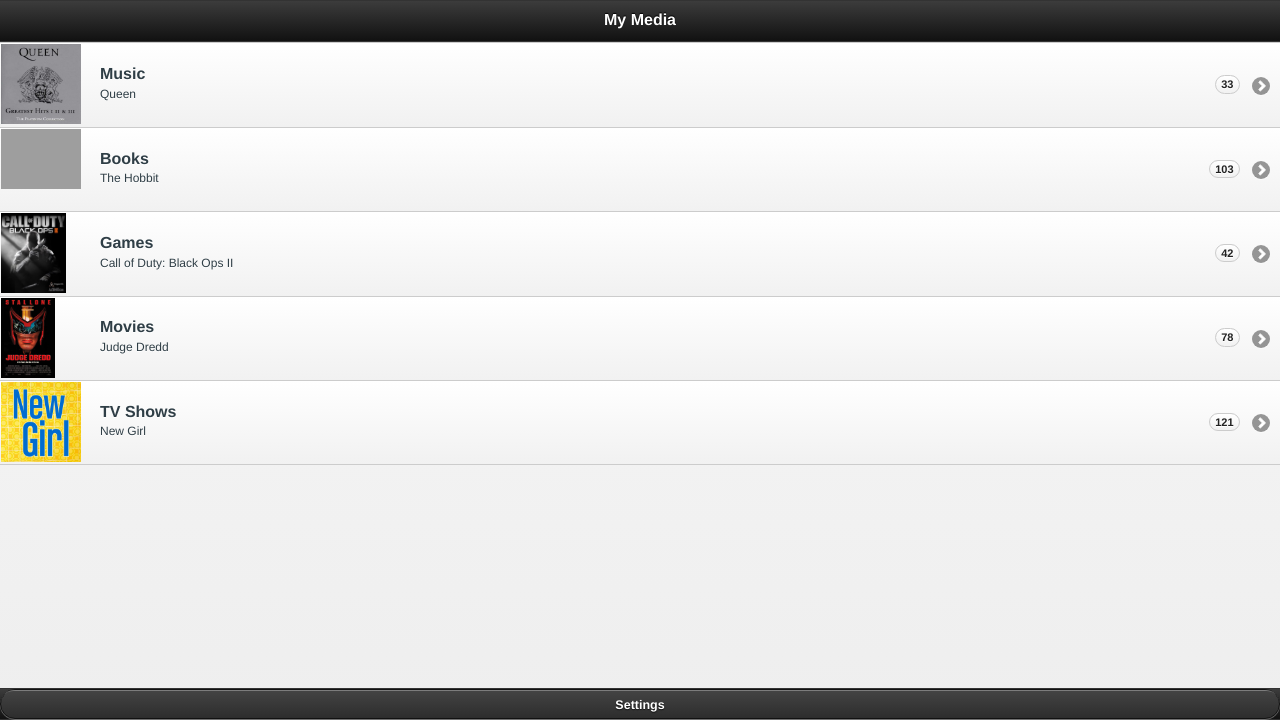
Repository: shavo0915/MediaCollectionApp
Page: MediaCollectionApp/assets/www/index.html
These files come from the project's save history. The page is drawn as it stood at one moment and after the next save; the edit follows.
The browser window is 1280 px wide. The pictures show the whole page.
Pictures or frames that could not be fetched are drawn as grey boxes.

Above is the page before, as saved 2013-01-31 21:36:24.

### MediaCollectionApp/assets/www/index.html
<!DOCTYPE html>
<html>
<head>
	<title>Media Collection App</title>
	<meta name="viewport" content="width=device-width, initial-scale=1">
	<link rel="stylesheet" href="jquery.mobile-1.2.0/jquery.mobile-1.2.0.css" />
	<script src="jQuery/jquery-1.8.2.js"></script>
	<script src="jquery.mobile-1.2.0/jquery.mobile-1.2.0.js"></script>
</head>
<body>

	<div data-role="page" id="myMedia">

		<div data-role="header">
			<h1>My Media</h1>
		</div><!-- /header -->

		<ul data-role="listview">
			<li>
				<a href="">
					<img src="img\Queen.jpg">
					<h3>Music</h3>
					<p>Queen</p>
					<span class="ui-li-count">33</span>
				</a>
			</li>
			<li>
				<a href="">
					<img src="img\Hobbit_cover.jpg">
					<h3>Books</h3>
					<p>The Hobbit</p>
					<span class="ui-li-count">103</span>
				</a>
			</li>
			<li>
				<a href="">
					<img src="img\BlackOps2.png">
					<h3>Games</h3>
					<p>Call of Duty: Black Ops II</p>
					<span class="ui-li-count">42</span>
				</a>
			</li>
			<li>
				<a href="">
					<img src="img\Judge_Dredd.jpg">
					<h3>Movies</h3>
					<p>Judge Dredd</p>
					<span class="ui-li-count">78</span>
				</a>
			</li>
			<li>
				<a href="">
					<img src="img\NEWGIRL.jpg">
					<h3>TV Shows</h3>
					<p>New Girl</p>
					<span class="ui-li-count">121</span>
				</a>
			</li>

			<div data-role="footer" data-position="fixed">
				<a href="" data-role="button" data-theme="a" data-inline="false">Settings</a>
			</div>

		</ul>

	</div><!-- /page -->

</body>
</html>

Loaded but not shown: MediaCollectionApp/assets/www/jquery.mobile-1.2.0/jquery.mobile-1.2.0.css (library); MediaCollectionApp/assets/www/jQuery/jquery-1.8.2.js (library); MediaCollectionApp/assets/www/jquery.mobile-1.2.0/jquery.mobile-1.2.0.js (library)

After the next save:
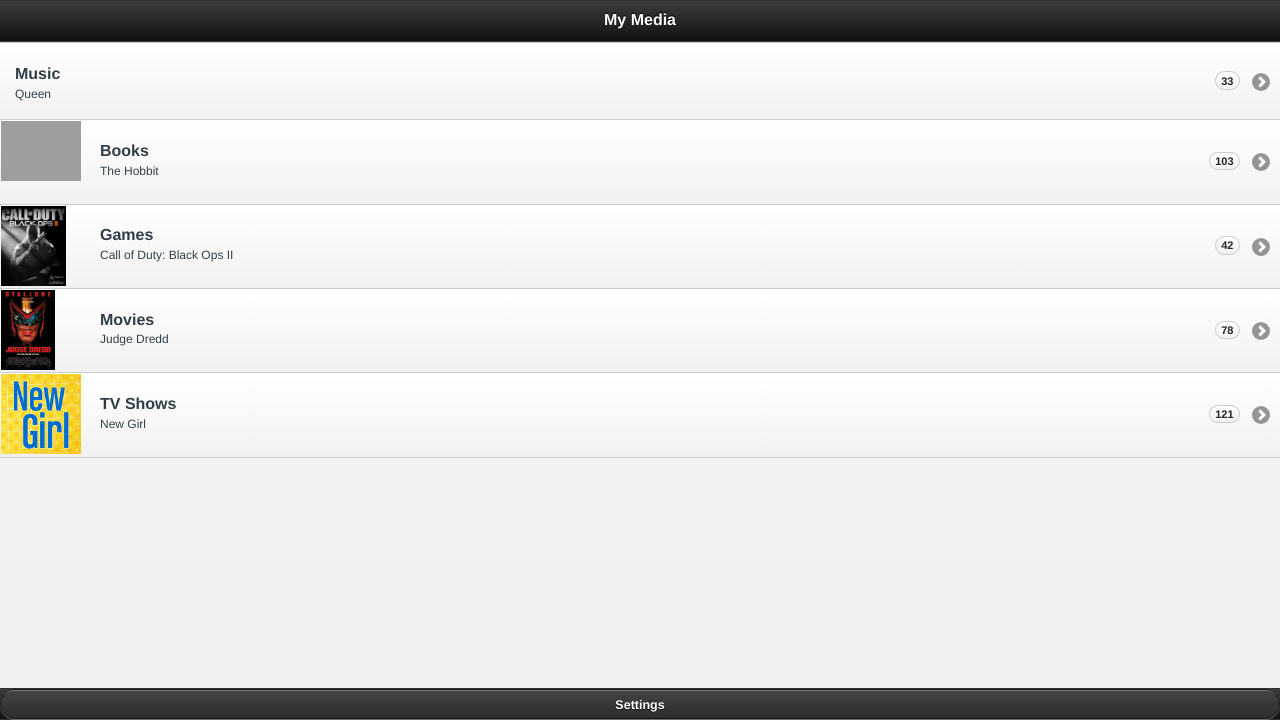
Saved 60 min 41 s later.
--- a/MediaCollectionApp/assets/www/index.html
+++ b/MediaCollectionApp/assets/www/index.html
@@ -18,7 +18,7 @@
 		<ul data-role="listview">
 			<li>
 				<a href="">
-					<img src="img\Queen.jpg">
+					<!--<img src="img\Queen.jpg">-->
 					<h3>Music</h3>
 					<p>Queen</p>
 					<span class="ui-li-count">33</span>
